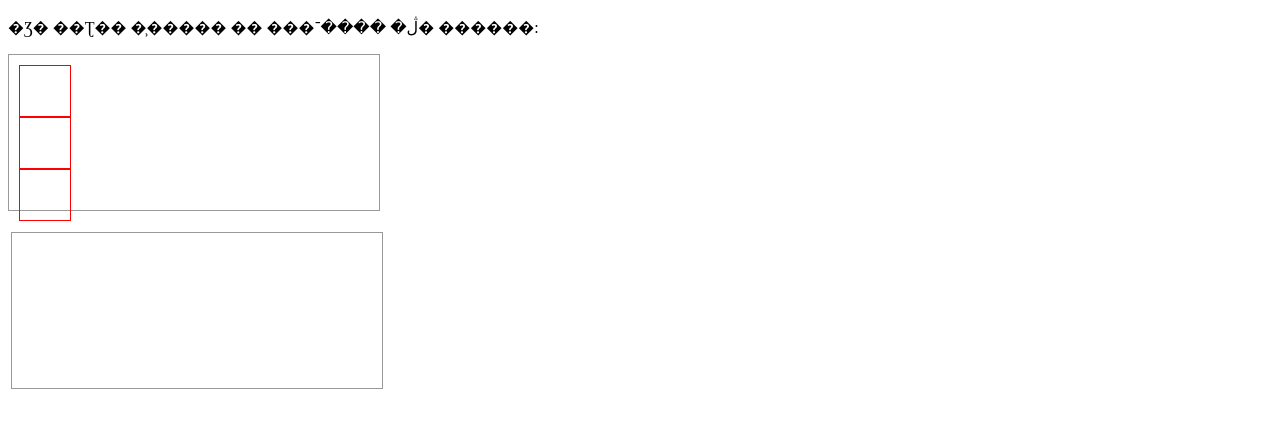
Repository: faqwer/khfinal
Page: http://localhost/finaltp/test2.jsp
These files come from the project's save history. The page is drawn as it stood at one moment and after the next save; the edit follows.
The browser window is 1280 px wide. The pictures show the whole page.
The page is served by Tomcat 9. Other server files are loaded and not shown.

Above is the page before, as saved 2017-12-12 10:12:31.

### finaltp/finaltp/src/main/webapp/test2.jsp
<%@ page language="java" contentType="text/html; charset=UTF-8"
	pageEncoding="UTF-8"%>
<!DOCTYPE HTML>
<html>
<head>
<style>
/* �巡���� ���� ������ ����� ���մϴ�. ������ �Ű澲�� �����ŵ� �˴ϴ�. */
#div1 {width:350px;height:135px;padding:10px;border:1px solid #999;}
</style>
<script>
var element;
function allowDrop(ev) {
    ev.preventDefault();
}

function drag(ele,ev) {
	element=ele;
}

function drop(ev) {
    ev.preventDefault();
    ev.target.appendChild(element);
}
</script>
</head>
<body>

<p>�Ʒ� ��Ʈ�� �̹����� �� ���ڷ� ����־� ������:</p>

<div id="div1" ondrop="drop(event)" ondragover="allowDrop(event)">
	<div id="drag1" draggable="true" ondragstart="drag(this,event)" style="border:1px solid red; width: 50px;height: 50px;"></div>
	<div id="drag1" draggable="true" ondragstart="drag(this,event)" style="border:1px solid red; width: 50px;height: 50px;"></div>
	<div id="drag1" draggable="true" ondragstart="drag(this,event)" style="border:1px solid red; width: 50px;height: 50px;"></div>
</div>
<br>

<table>
	<tbody>
		<tr>
			<td>
				<div id="div1" ondrop="drop(event)" ondragover="allowDrop(event)"></div>
			</td>
		</tr>
	</tbody>
</table>
</body>
</html>

After the next save:
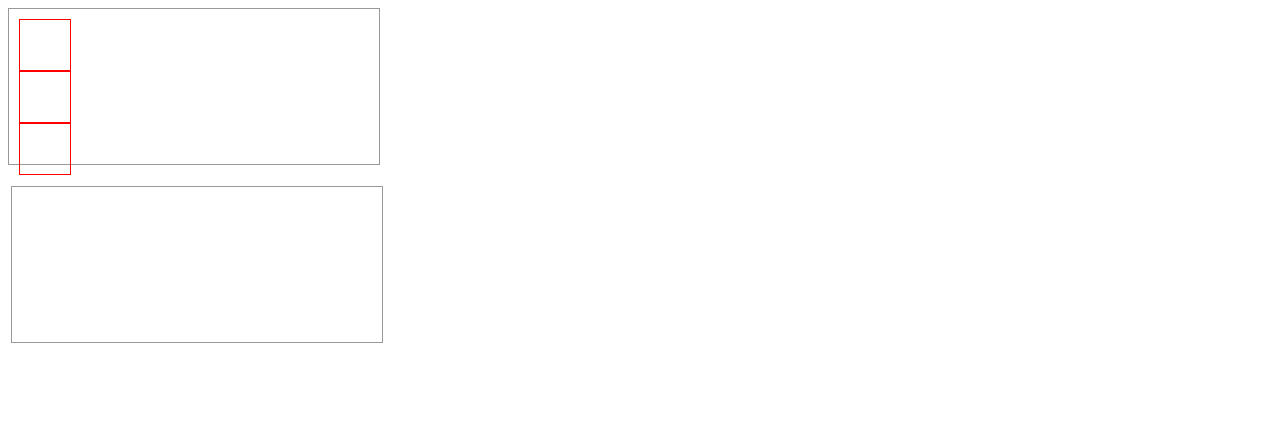
Saved 30 s later.
--- a/finaltp/finaltp/src/main/webapp/test2.jsp
+++ b/finaltp/finaltp/src/main/webapp/test2.jsp
@@ -25,8 +25,6 @@ function drop(ev) {
 </head>
 <body>
 
-<p>�Ʒ� ��Ʈ�� �̹����� �� ���ڷ� ����־� ������:</p>
-
 <div id="div1" ondrop="drop(event)" ondragover="allowDrop(event)">
 	<div id="drag1" draggable="true" ondragstart="drag(this,event)" style="border:1px solid red; width: 50px;height: 50px;"></div>
 	<div id="drag1" draggable="true" ondragstart="drag(this,event)" style="border:1px solid red; width: 50px;height: 50px;"></div>
